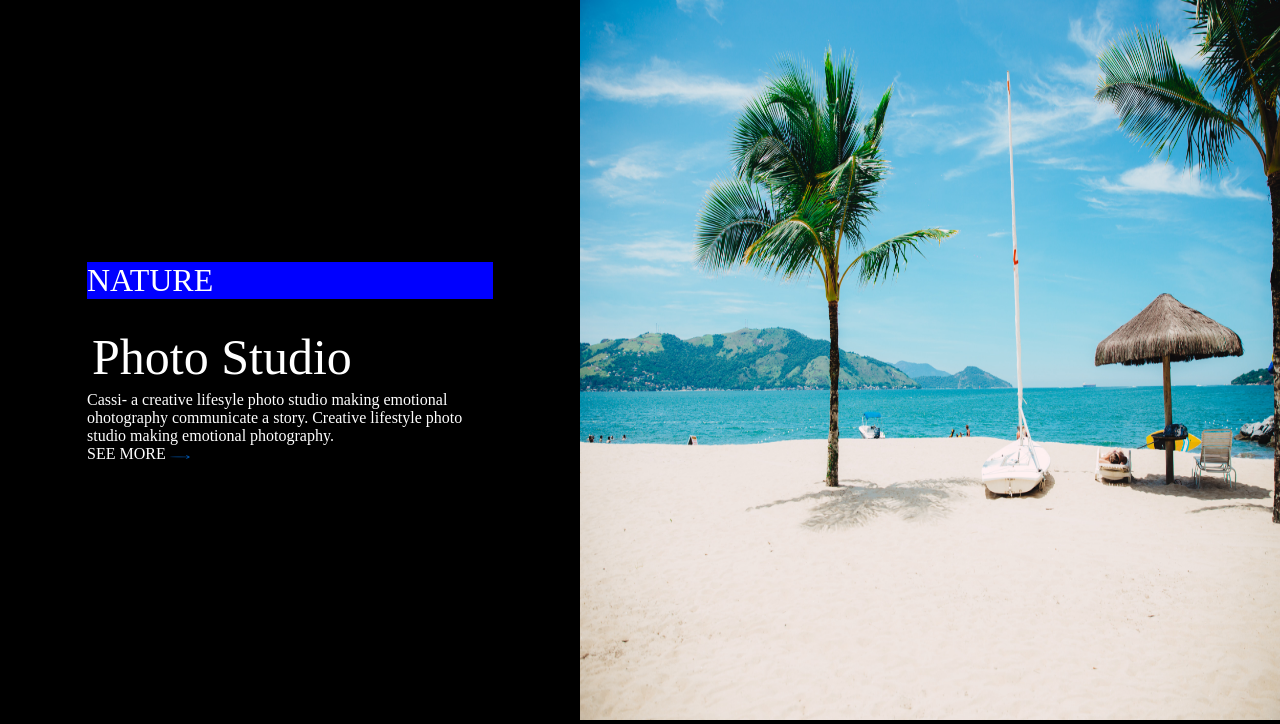
Repository: BRAspeaks/petty-project1
Page: pettyproject1.html
An editor plug-in stored every save of this project. The page is shown before and after a run of saves, followed by the edit.
The browser window is 1280 px wide. The pictures show the whole page.

Above is the page before, as saved 2022-07-25 15:24:49.

After the next 2 saves:
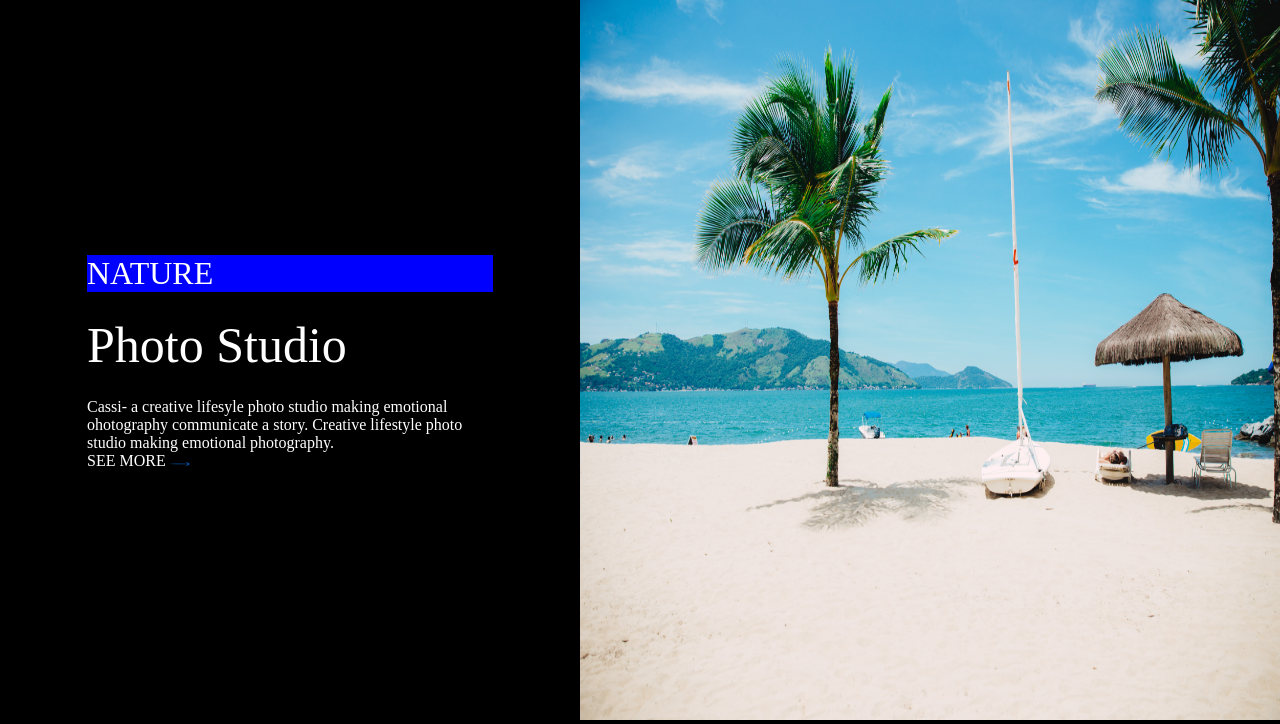
The 2 saves are shown as one change because they came seconds apart.
The last was saved 23 s later.
--- a/pettyproject1.css
+++ b/pettyproject1.css
@@ -26,7 +26,8 @@ body{
 }
 .photo{
     font-size: 50px;
-    margin: 5px;
+    /* margin: 5px; */
+    margin-bottom: 1.5rem;
 }
 .arrow{
     width:20px;
